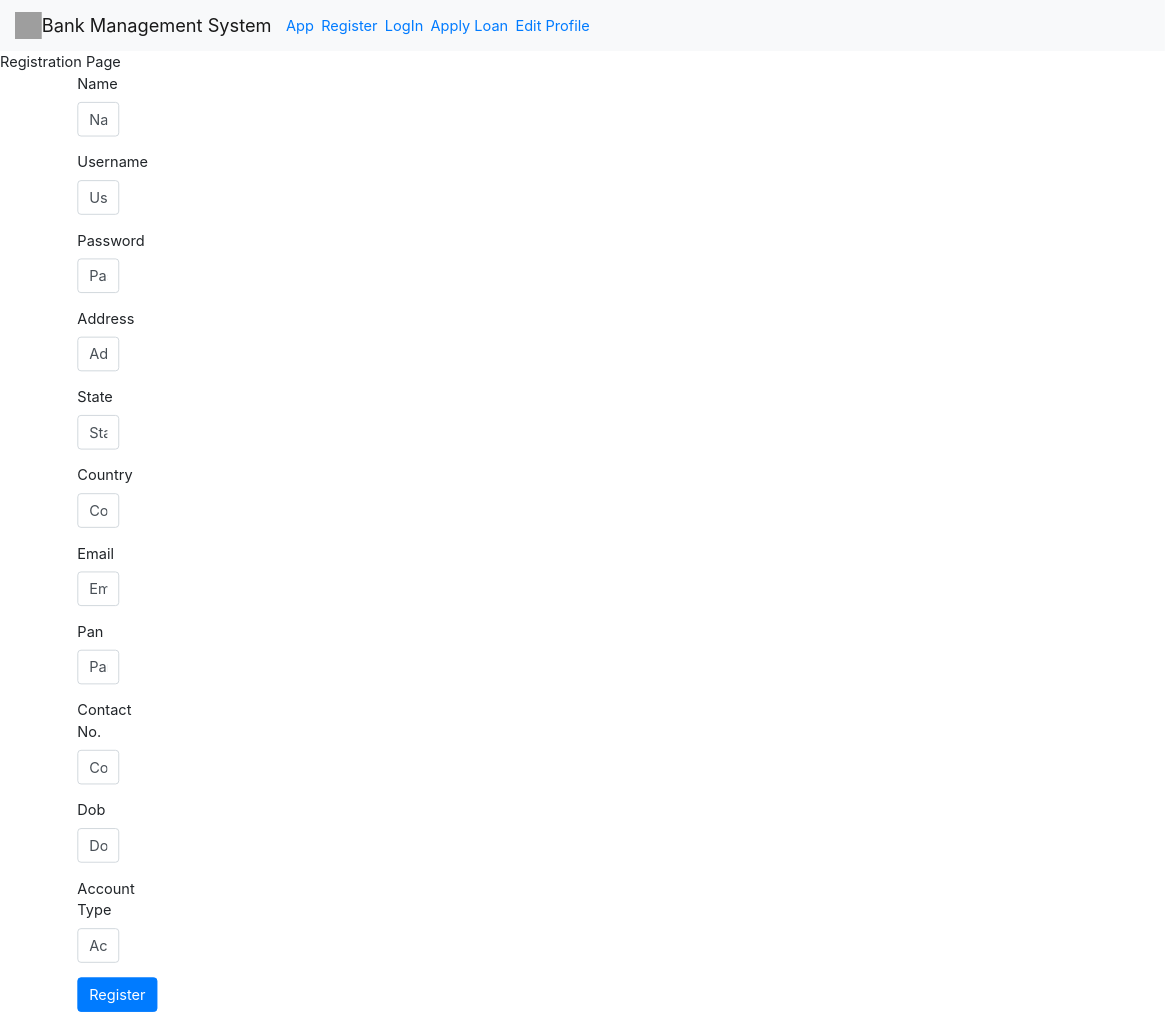
Repository: Nilkumar-Sharma/Bank-Management-System-Frontend-React
Page: /register
These files come from the project's save history. The page is drawn as it stood at one moment and after a run of saves; the edit follows.
The browser window is 1280 px wide. The pictures show the whole page, at 91% of full size.
Pictures or frames that could not be fetched are drawn as grey boxes. The project was rebuilt for these pictures with package versions that can differ from the ones it lists, and the page was loaded fresh each time. Also part of the build but not shown: src/App.css, src/Counter/Counter.js, src/App.js, src/components/Register/Register.module.scss, src/components/LogIn/LogIn.module.scss, src/components/LogIn/LogIn.js, src/components/Loan/Loan.module.scss, src/components/Loan/Loan.js and 1 more.

Above is the page before, as saved 2020-07-28 13:32:52.

### src/index.js
import React from 'react';
import ReactDOM from 'react-dom';
import './index.css';
import App from './App';
import * as serviceWorker from './serviceWorker';
import { Provider } from 'react-redux'
import { createStore } from 'redux'
import rootReducer from './store/reducer'
import { BrowserRouter, Switch,Route,Link } from 'react-router-dom';
import Register from './components/Register/Register'
import { createBrowserHistory } from 'history';
import 'bootstrap/dist/css/bootstrap.min.css';
import LogIn from './components/LogIn/LogIn';
import Loan from './components/Loan/Loan'
import UpdateProfile from './components/Profile/UpdateProfile';

const store = createStore(rootReducer);
store.subscribe(_=>console.log(store.getState()))

ReactDOM.render(
  <Provider store={store}>
    <React.StrictMode>
      <BrowserRouter>

        <nav className="navbar navbar-expand-lg navbar-light bg-light ">
          {/* header */}
          <a className="navbar-brand" href="#">
            <img src="/docs/4.0/assets/brand/bootstrap-solid.svg" width="30" height="30" className="d-inline-block align-top" alt=""></img>
              Bank Management System
  </a>

          <ul className="navbar-nav  mr-auto">
          <li className="nav-item mr-2">
            <Link to="/">App</Link>
            </li>
            <li className="nav-item mr-2">
            <Link to="/register">Register</Link>
          </li>
            <li className="nav-item mr-2">
            <Link to="/login">LogIn</Link>
            </li>
            <li className="nav-item mr-2">
              <Link to="/loan">Apply Loan</Link>
            </li>
            <li className="nav-item mr-2">
              <Link to="/edit">Edit Profile</Link>
            </li>
          </ul>
        </nav>


      {/* A <Switch> looks through its children <Route>s and
            renders the first one that matches the current URL. */}
      <Switch>
        <Route exact path="/">
          <App />
          </Route>
          <Route exact path="/register">
            <Register />
          </Route>
          <Route path="/login">
            <LogIn/>
          </Route>
          <Route path="/loan">
            <Loan></Loan>
          </Route>
          <Route path="/edit">
            <UpdateProfile></UpdateProfile>
          </Route>
      </Switch>
      </BrowserRouter>
    </React.StrictMode>

  </Provider>,
  document.getElementById('root')
);

// If you want your app to work offline and load faster, you can change
// unregister() to register() below. Note this comes with some pitfalls.
// Learn more about service workers: https://bit.ly/CRA-PWA
serviceWorker.unregister();

### src/store/reducer.js
const initialState = {
    counter: 0
};

const rootReducer = (state = initialState, action) => {
    switch (action.type){
    case "INC":
            return { counter: state.counter + 1 }
        case "DEC":
            return { counter: state.counter - 1 }
        default:
            return state
}
}
export default rootReducer;

### src/components/Register/Register.js
import React, { Component } from 'react';
import InputField from '../Shared/InputField/InputField'
import style from './Register.module.scss';
import MyButton from '../Shared/MyButton/MyButton'
/**
 *  As a Customer, I should be able to register my details in the system so that I can
 * login into the system Acceptance criteria: Customer should be able register the details
 * in the system and it should be saved in the database. Customer should be able to login with
 * a User Id and Password that exists in database.
 * On clicking logout the session should be invalidated and login page must be displayed Capture the
 * details like Name, Username, Password, Address, State, Country, Email Address, PAN, Contact No, DOB,
 * Account Type etc

*/
class Register extends Component{

    render() {
        return (<div>
            Registration Page
            <div className="container">
                <InputField Label="Name"></InputField>
                <InputField Label="Username"></InputField>
                <InputField Label="Password"></InputField>
                <InputField Label="Address"></InputField>
                <InputField Label="State"></InputField>
                <InputField Label="Country"></InputField>
                <InputField Label="Email"></InputField>
                <InputField Label="Pan"></InputField>
                <InputField Label="Contact No."></InputField>
                <InputField Label="Dob"></InputField>
                <InputField Label="Account Type"></InputField>

                <MyButton label="Register"></MyButton>









                </div>
            </div>)
        }
}
export default Register;

### src/components/Shared/InputField/InputField.js
import React, { Component } from 'react';
class InputField extends Component {
    static defaultProps = {
        type: "text",
        changes:(e)=>console.log(e.target),
        label: "Label",
        classes: "",
        value: "",
        id: "setId",
        name: "name",
        placeHolder: "P laceHolder Here",
    }
    constructor(props) {
        super(props);
        this.state = {
            value: this.props.Label
        }

    }
    handleChange(event) {
        this.setState({ value: event.target.value });
        this.props.changes(event);
    }

    render() {
        return (
            // <div className="container-fluid">
            <div className="row">
                <div class="form-group">
                <div className="col-3">
                    <label htmlFor={this.props.id}>{this.props.Label}</label>

                </div>
                <div className="col-3">
                        <input className="form-control" name={this.props.name} id={this.props.id} type={this.props.type} onChange={
                        // (this.props.changes) || ((e)=>{this.setState({value:e.target.value})})
                        (event) =>
                            this.handleChange(event)
                    } placeholder={this.props.placeHolder} value={this.state.value}></input>

                    </div>
                </div>
            </div>
        )
    }
}
export default InputField;

### src/components/Shared/MyButton/MyButton.js
/**
 * @props label: name of the button || default is "Label"
 * @props classes: Class Name
 * @props onClick: a function || Default is console.log("clicked")
 *
 */
import React,{Component } from 'react';

class MyButton extends Component {
    static defaultProps = {
        clicked:() => console.log("clicked "),
        label:"Button Label",
        value: "",
        classes: "btn btn-primary"
    }
    constructor(props) {
        super(props);
        console.log(this.props)

    }
    render() {
        return <button className={this.props.classes} onClick={this.props.clicked} value={this.props.value} >{this.props.label}</button>
    }

}

export default MyButton;

Loaded but not shown: public/index.html (common file); src/index.css (common file); src/serviceWorker.js (common file)

After the next 3 saves:
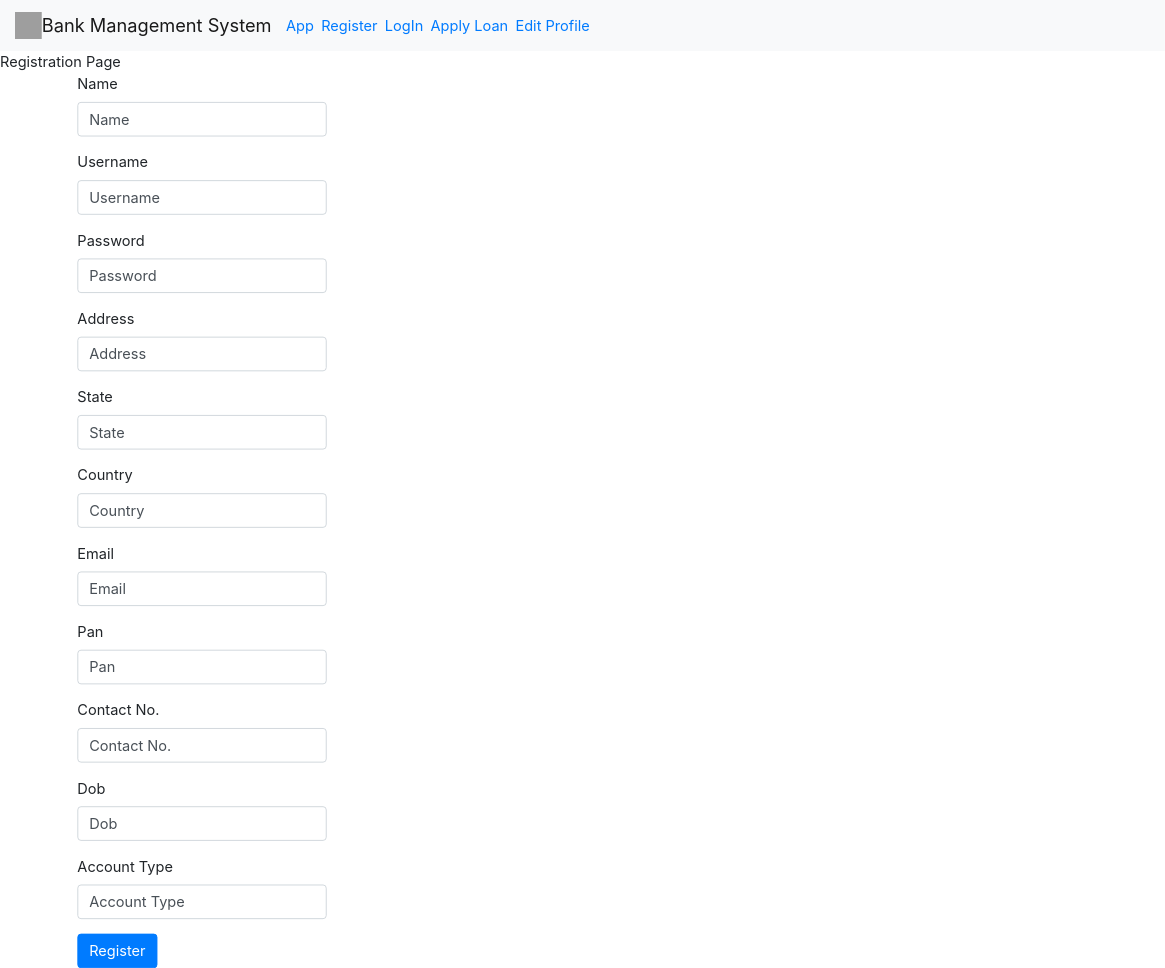
The 3 saves are shown as one change because they came seconds apart.
The last was saved 7 s later.
--- a/src/components/Shared/InputField/InputField.js
+++ b/src/components/Shared/InputField/InputField.js
@@ -27,11 +27,11 @@ class InputField extends Component {
             // <div className="container-fluid">
             <div className="row">
                 <div class="form-group">
-                <div className="col-3">
+                <div className="col">
                     <label htmlFor={this.props.id}>{this.props.Label}</label>
 
                 </div>
-                <div className="col-3">
+                <div className="col">
                         <input className="form-control" name={this.props.name} id={this.props.id} type={this.props.type} onChange={
                         // (this.props.changes) || ((e)=>{this.setState({value:e.target.value})})
                         (event) =>
